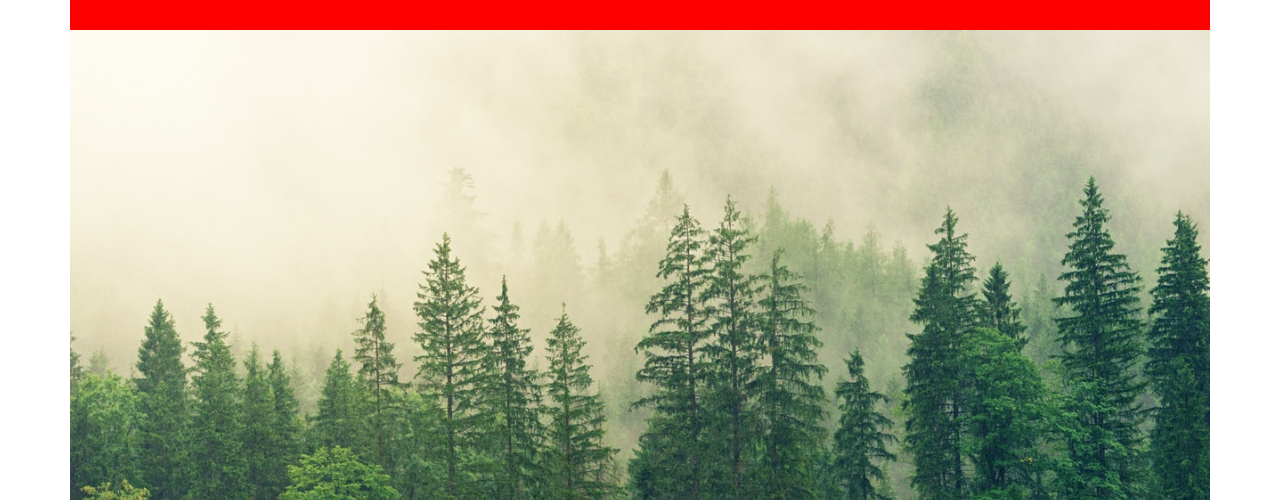
Repository: muhdarifrawi/personal-practice-bootstrap-linear
Page: index.html
The author's editor kept a record of every edit. The page is drawn from the files as they stood at one moment, then again after the next edit.
The browser window is 1280 px wide. The pictures show the part of the page from y = 642 to 1142 px (the page is 1672 px tall before and 1642 px after).
Pictures or frames that could not be fetched are drawn as grey boxes.

Above is the page before.

After the next edit:
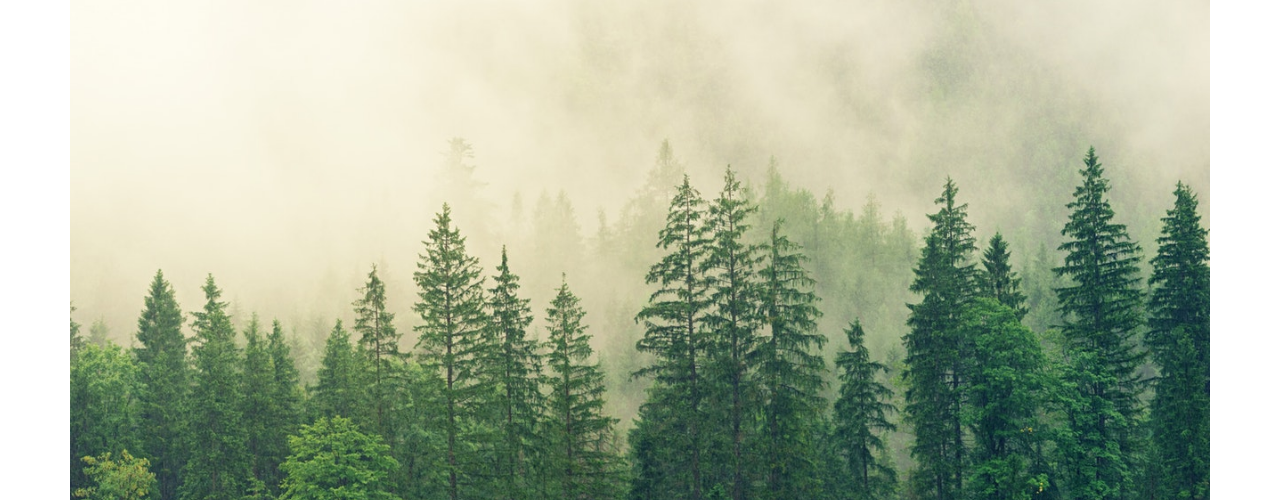
The edit:
--- a/index.html
+++ b/index.html
@@ -58,7 +58,7 @@
         <div id="hero-image">
 
         </div>
-        <div class="box red"></div>
+
         <div id="tnd-image">
 
         </div>
